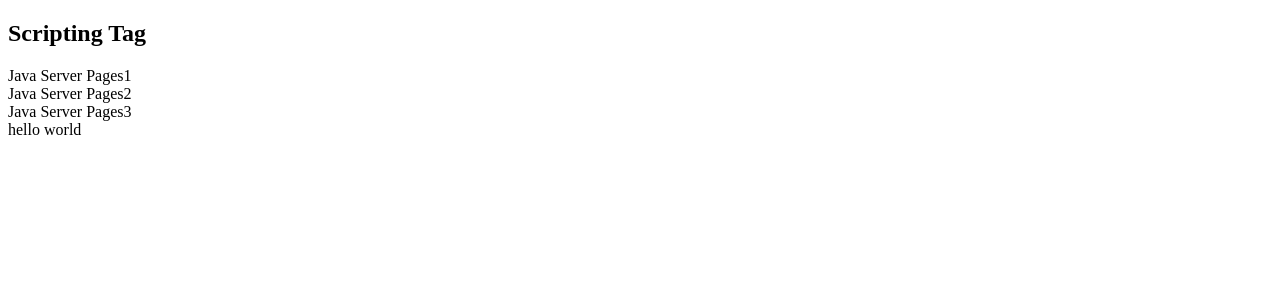
Repository: MegiLove/jspStudy
Page: http://localhost/WebMarket/scripting.jsp
The author's editor kept a copy of each file at every save. The page is drawn from the files as they stood at one save, then again after the next save.
The browser window is 1280 px wide. The pictures show the whole page.
The page is served by Tomcat 9. Other server files are loaded and not shown.

Above is the page before, as saved 2021-12-10 03:31:20.

### WebMarket/src/main/webapp/scripting.jsp
<%@ page language="java" contentType="text/html; charset=EUC-KR"
    pageEncoding="EUC-KR"%>
<!DOCTYPE html>
<html>
<head>
<meta charset="EUC-KR">
<title>Insert title here</title>
</head>
<body>
	<h2>Scripting Tag</h2>
	<%!
		int count=3;
		String makeItLower(String data){
			return data.toLowerCase();
		}
	%>

	<%
		for(int i=1; i<=count; i++){
			out.println("Java Server Pages"+i+"<br>");
		}
	%>
	<%=makeItLower("Hello World")%>
</body>
</html>

After the next save:
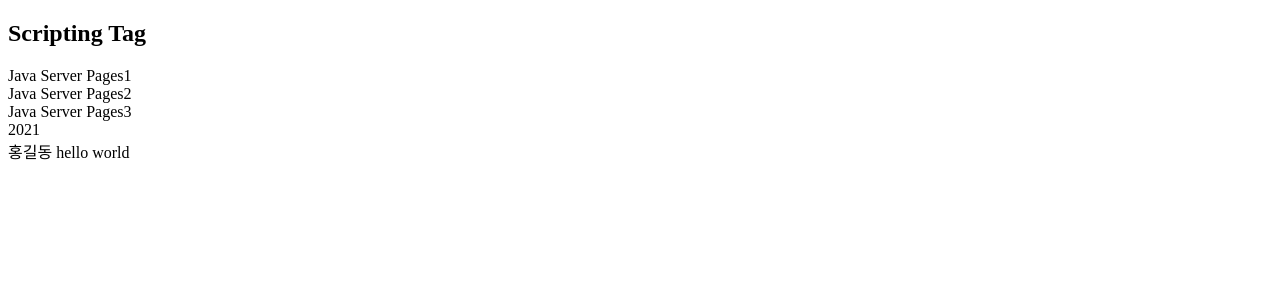
Saved 2 min 2 s later.
--- a/WebMarket/src/main/webapp/scripting.jsp
+++ b/WebMarket/src/main/webapp/scripting.jsp
@@ -19,6 +19,10 @@
 		for(int i=1; i<=count; i++){
 			out.println("Java Server Pages"+i+"<br>");
 		}
+		int year=2021;
+		String name="홍길동";
+		out.println(year+"<br>");
+		out.print(name);
 	%>
 	<%=makeItLower("Hello World")%>
 </body>
